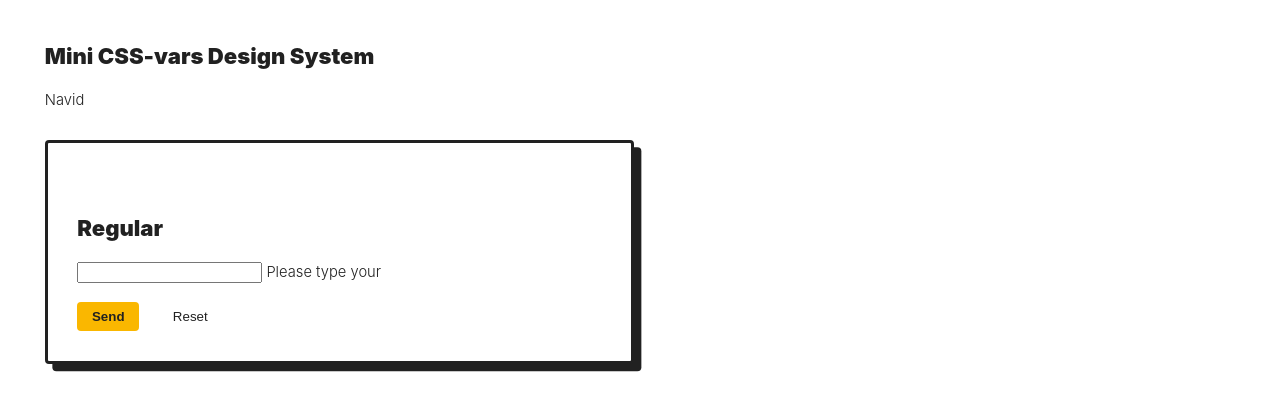
Repository: navid-amini12/capstone-1
Page: quiz.html
An editor plug-in stored every save of this project. The page is shown before and after a run of saves, followed by the edit.
The browser window is 1280 px wide. The pictures show the whole page.
Some web fonts or font styles are not loaded; a fallback is used.

Above is the page before, as saved 2022-05-17 12:20:27.

### quiz.html

<head>
    <link rel="stylesheet" href="quiz.css">
    </head>

<article class="l-design-widht">
    <h1>Mini CSS-vars Design System</h1>

   <p>Navid</p>

    <div class="card">
      <h2><svg class="icon" aria-hidden="true">
        <h2>Regular</h2>
      <label class="input">
        <input class="input__field" type="text" placeholder=" " />
        <span class="input__label">Please type your</span>
      </label>
      <div class="button-group">
        <button>Send</button>
        <button type="reset">Reset</button>
      </div>
    </div>



  <svg xmlns="http://www.w3.org/2000/svg" class="hidden">
    <symbol id="icon-coffee" viewBox="0 0 20 20">
      <title>icon-coffee</title>
      <path fill="currentColor" d="M15,17H14V9h3a3,3,0,0,1,3,3h0A5,5,0,0,1,15,17Zm1-6v3.83A3,3,0,0,0,18,12a1,1,0,0,0-1-1Z"/>
      <rect fill="currentColor" x="1" y="7" width="15" height="12" rx="3" ry="3"/>
      <path fill="var(--color-accent)" d="M7.07,5.42a5.45,5.45,0,0,1,0-4.85,1,1,0,0,1,1.79.89,3.44,3.44,0,0,0,0,3.06,1,1,0,0,1-1.79.89Z"/>
      <path fill="var(--color-accent)" d="M3.07,5.42a5.45,5.45,0,0,1,0-4.85,1,1,0,0,1,1.79.89,3.44,3.44,0,0,0,0,3.06,1,1,0,1,1-1.79.89Z"/>
      <path fill="var(--color-accent)" d="M11.07,5.42a5.45,5.45,0,0,1,0-4.85,1,1,0,0,1,1.79.89,3.44,3.44,0,0,0,0,3.06,1,1,0,1,1-1.79.89Z"/>
    </symbol>
  </svg>

### quiz.css
@import url('https://rsms.me/inter/inter.css');

:root {
  --color-light: white;
  --color-dark: #212121;
  --color-signal: #fab700;

  --color-background: var(--color-light);
  --color-text: var(--color-dark);
  --color-accent: var(--color-signal);

  --size-bezel: .5rem;
  --size-radius: 4px;

  line-height: 1.4;

  font-family: 'Inter', sans-serif;
  font-size: calc(.6rem + .4vw);
  color: var(--color-text);
  background: var(--color-background);
  font-weight: 300;
  padding: 0 calc(var(--size-bezel) * 3);
}

h1, h2, h3 {
  font-weight: 900;
}

mark {
  background: var(--color-accent);
  color: var(--color-text);
  font-weight: bold;
  padding: 0 0.2em;
}

.card {
  background: var(--color-background);
  padding: calc(4 * var(--size-bezel));
  margin-top: calc(4 * var(--size-bezel));
  border-radius: var(--size-radius);
  border: 3px solid var(--color-shadow, currentColor);
  box-shadow: .5rem .5rem 0 var(--color-shadow, currentColor);




  *:first-child {
    margin-top: 0;
  }
}


.l-design-widht {
  max-width: 40rem;
  padding: 1rem;
}

.input {
  position: relative;

  &__label {
    position: absolute;
    left: 0;
    top: 0;
    padding: calc(var(--size-bezel) * 0.75) calc(var(--size-bezel) * .5);
    margin: calc(var(--size-bezel) * 0.75 + 3px) calc(var(--size-bezel) * .5);
    background: pink;
    white-space: nowrap;
    transform: translate(0, 0);
    transform-origin: 0 0;
    background: var(--color-background);
    transition: transform 120ms ease-in;
    font-weight: bold;
    line-height: 1.2;
  }
  &__field {
    box-sizing: border-box;
    display: block;
    width: 100%;
    border: 3px solid currentColor;
    padding: calc(var(--size-bezel) * 1.5) var(--size-bezel);
    color: currentColor;
    background: transparent;
    border-radius: var(--size-radius);

    &:focus,
    &:not(:placeholder-shown) {
      & + .input__label {
        transform: translate(.25rem, -65%) scale(.8);
        color: var(--color-accent);
      }
    }
  }
}


.button-group {
  margin-top: calc(var(--size-bezel) * 2.5);
}

button {
  color: currentColor;
  padding: var(--size-bezel) calc(var(--size-bezel) * 2);
  background: var(--color-accent);
  border: none;
  border-radius: var(--size-radius);
  font-weight: 900;

  &[type=reset]{
    background: var(--color-background);
    font-weight: 200;
  }
}

button + button {
  margin-left: calc(var(--size-bezel) * 2);
}

.icon {
  display: inline-block;
  width: 3em; height: 1em;
  margin-right: .5em;
}

After the next 4 saves:
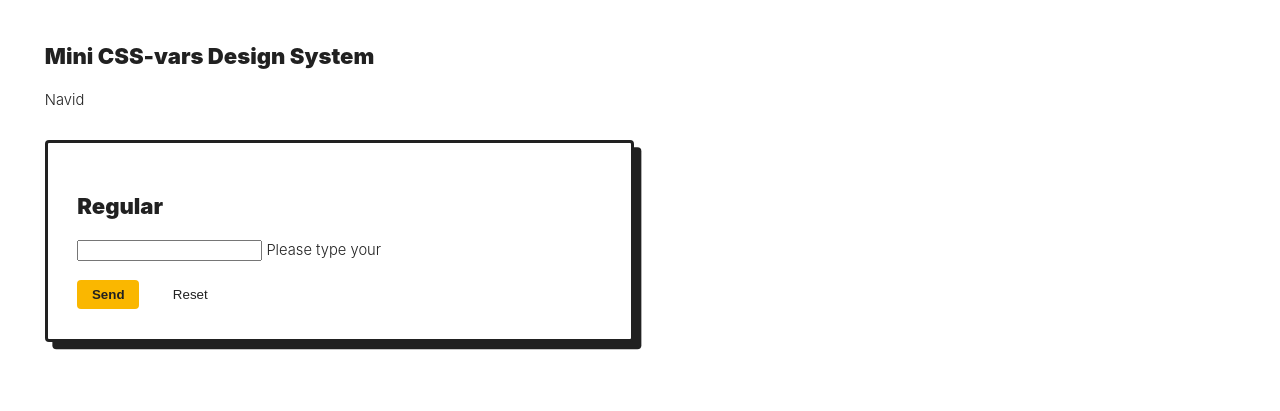
The 4 saves are shown as one change because they came seconds apart.
The last was saved 16 s later.
--- a/quiz.css
+++ b/quiz.css
@@ -118,6 +118,6 @@ button + button {
 
 .icon {
   display: inline-block;
-  width: 3em; height: 1em;
+  width: 3em; height: 0em;
   margin-right: .5em;
 }
